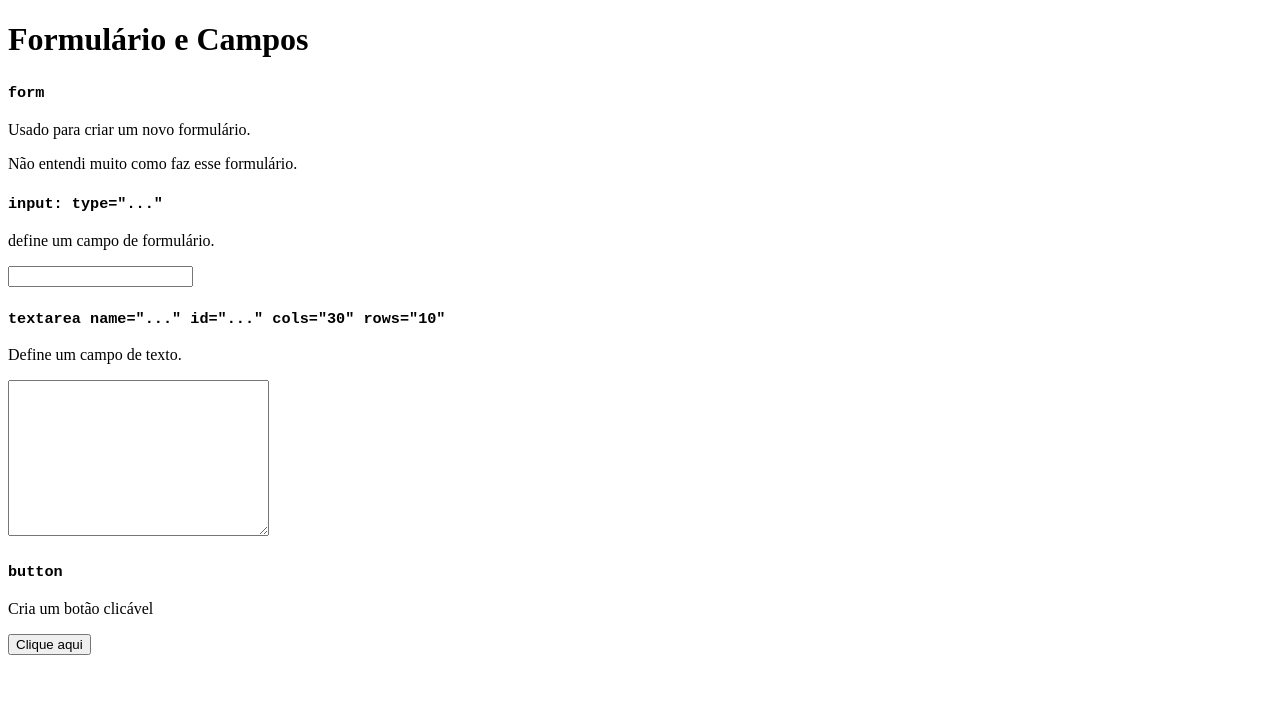
Repository: ErikMesquita/Danki-Code
Page: formulários_e_campos/index.html
The author's editor kept a copy of each file at every save. The page is drawn from the files as they stood at one save, then again after a run of saves.
The browser window is 1280 px wide. The pictures show the whole page.

Above is the page before, as saved 2023-10-28 16:14:18.

After the next 3 saves:
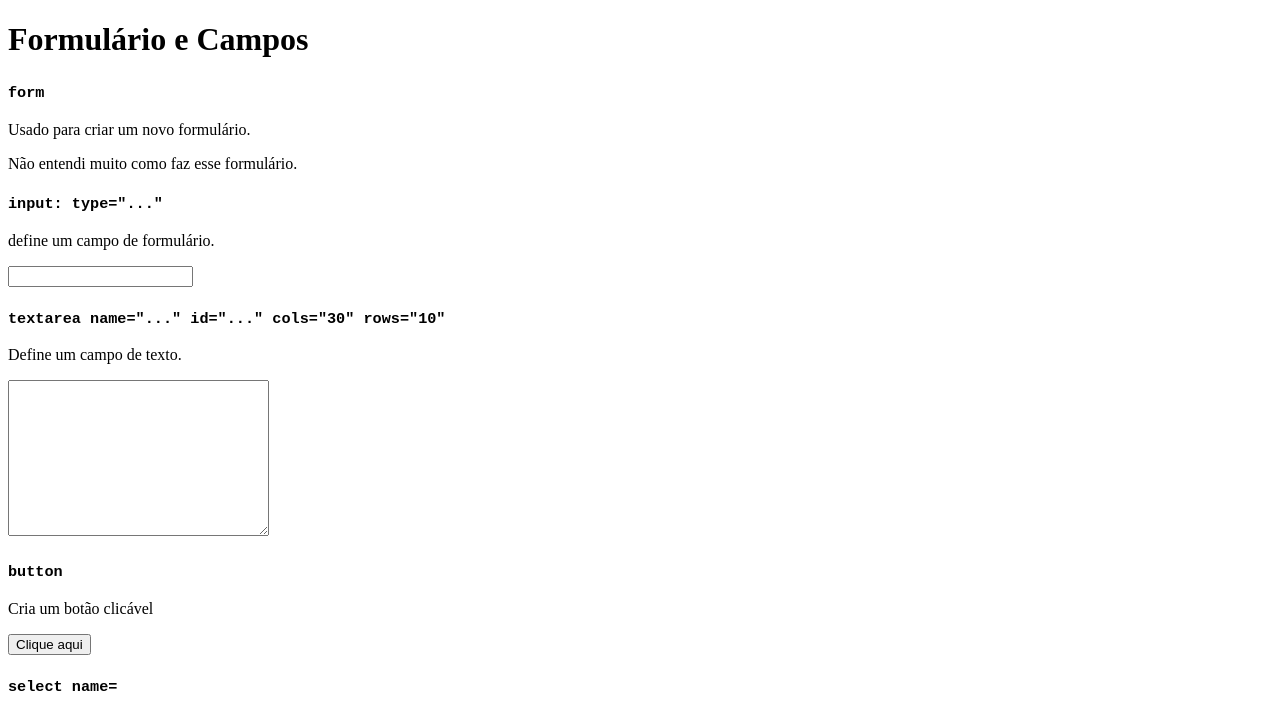
The 3 saves are shown as one change because they came seconds apart.
The last was saved 11 s later.
--- a/formulários_e_campos/index.html
+++ b/formulários_e_campos/index.html
@@ -60,7 +60,7 @@
     </p>
     <button>Clique aqui</button>
 
-    <h3><code></code></h3>
+    <h3><code>select name=</code></h3>
 </body>
 
 </html>
